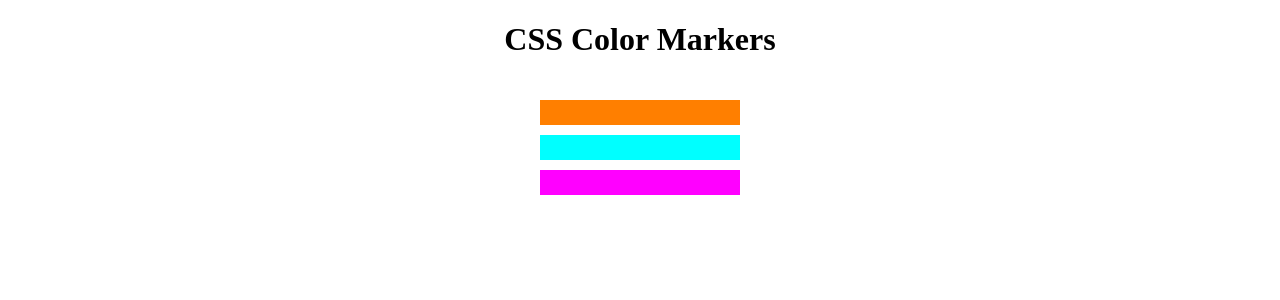
Repository: AimenDje/ColoredMarkers
Page: index.html
These files come from the project's save history. The page is drawn as it stood at one moment and after the next save; the edit follows.
The browser window is 1280 px wide. The pictures show the whole page.

Above is the page before, as saved 2025-05-08 16:04:47.

After the next save:
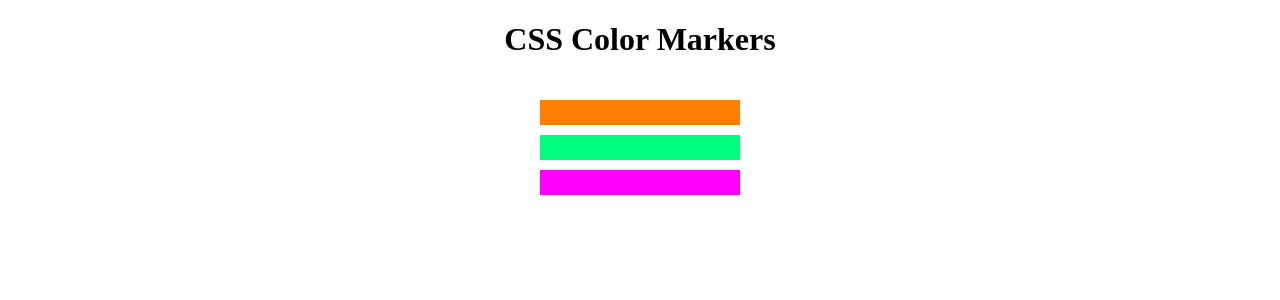
Saved 28 s later.
--- a/styles.css
+++ b/styles.css
@@ -13,7 +13,7 @@
 }
 
 .two {
-    background-color: rgb(0, 255, 255);
+    background-color: rgb(0, 255, 127);
 }
 
 .three {
